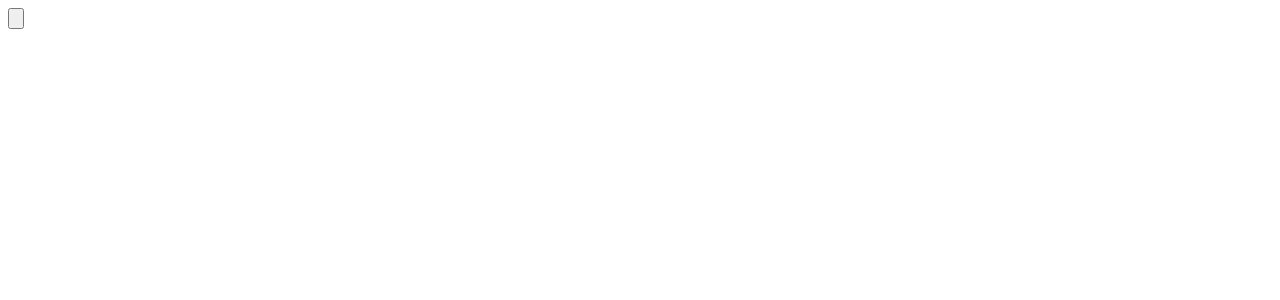
Repository: jyotsna1234/bugappmvc
Page: json/sample.html
These files come from the project's save history. The page is drawn as it stood at one moment and after the next save; the edit follows.
The browser window is 1280 px wide. The pictures show the whole page.

Above is the page before, as saved 2014-04-08 05:16:45.
Console error (its wording comes from the project's code and is left out).

### json/sample.html
<html>
	<head>
		          <script type="text/javascript" src="js1.js"></script>

		<script type="javascript">
			function fun()
			{
				return hello world;
			}
		</script>
	</head>
	<body>
		<input type="button" name="hello1" onclick=fun();/>
	</body>
</html>

Loaded but not shown: json/js1.js (no copy from this time; the picture is the same without it)

After the next save:
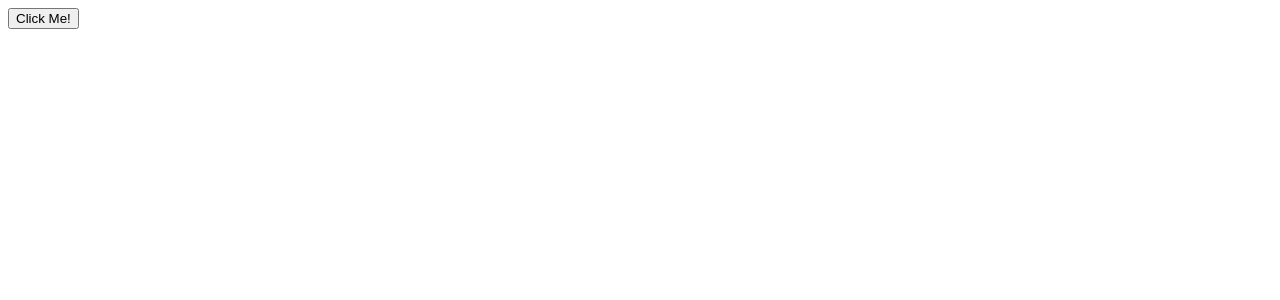
The error is gone.
Saved 2 min 9 s later.
--- a/json/sample.html
+++ b/json/sample.html
@@ -10,6 +10,6 @@
 		</script>
 	</head>
 	<body>
-		<input type="button" name="hello1" onclick=fun();/>
+<button type="button" onclick="fun()">Click Me!</button>
 	</body>
 </html>
